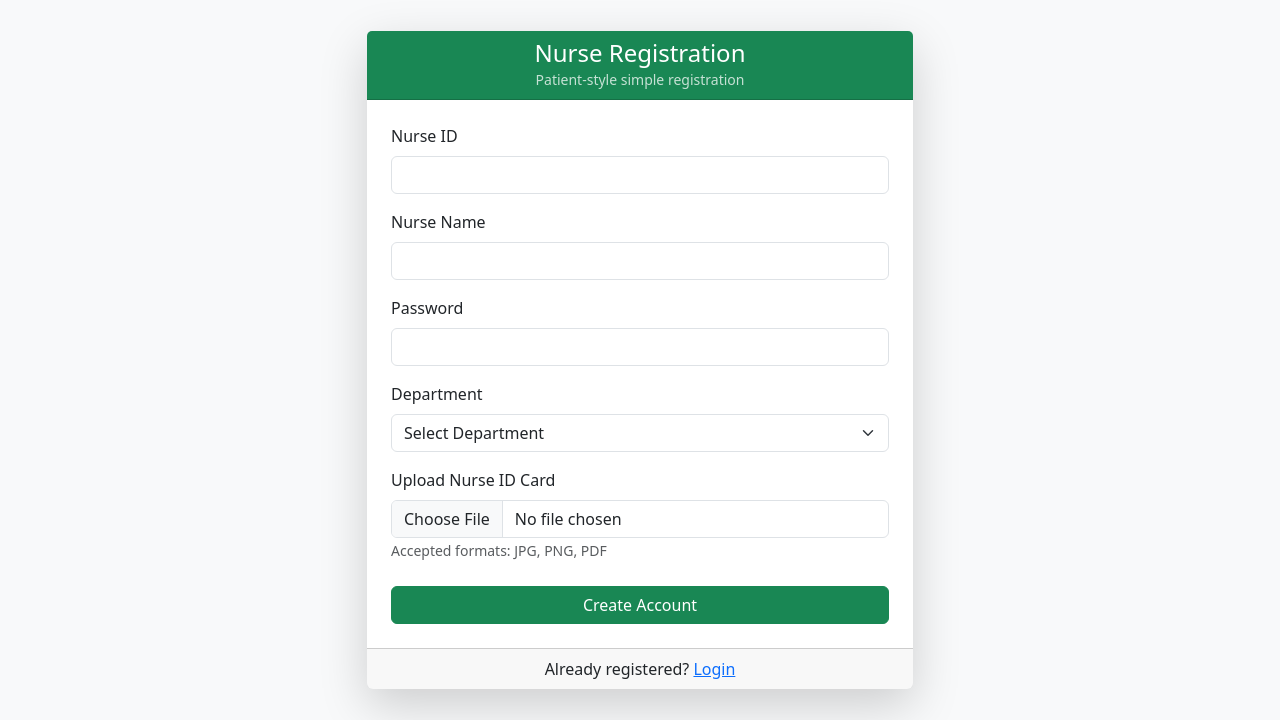
Repository: Rajasekaran0415/LifeCare-Management-System
Page: Project/nursesignup.html
The author's editor kept a copy of each file at every save. The page is drawn from the files as they stood at one save, then again after a run of saves.
The browser window is 1280 px wide. The pictures show the whole page.

Above is the page before, as saved 2025-12-26 21:47:26.

After the next 2 saves:
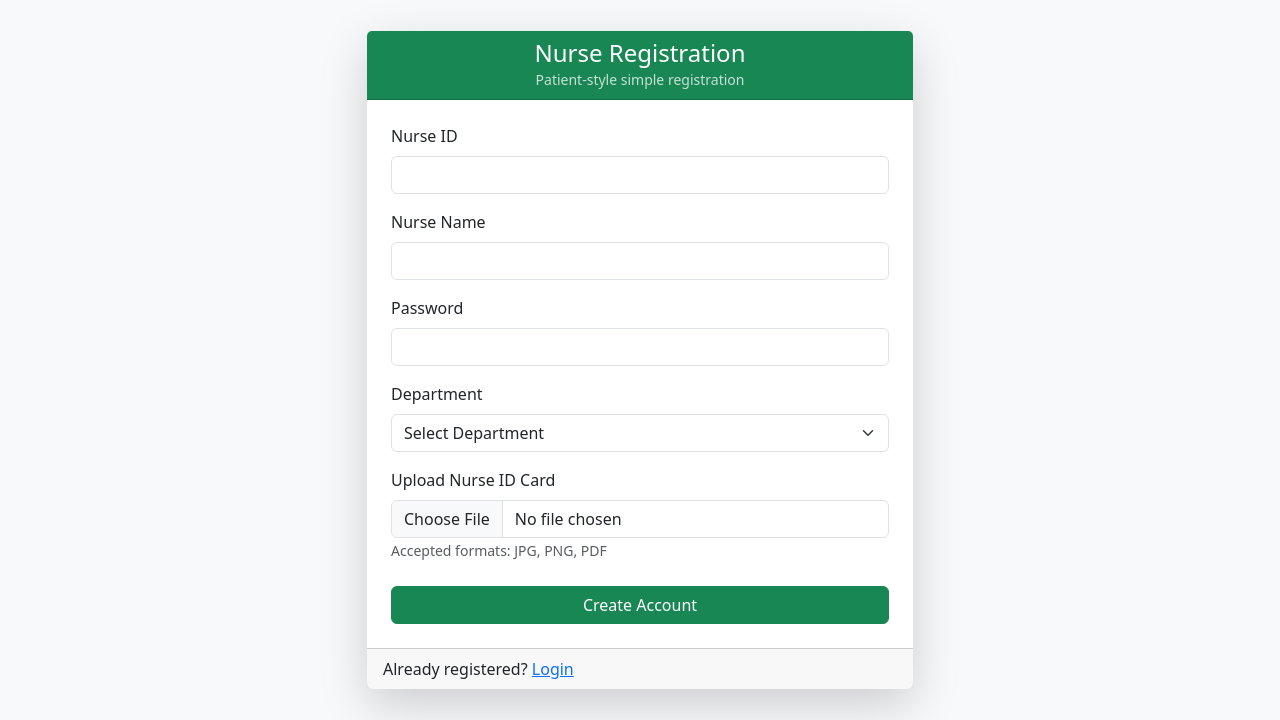
The 2 saves are shown as one change because they came seconds apart.
The last was saved 11 s later.
--- a/Project/nursesignup.html
+++ b/Project/nursesignup.html
@@ -73,7 +73,7 @@
 
           </div>
 
-          <div class="card-footer text-center">
+          <div class="card-footer text-center-light">
             Already registered?
             <a href="nurselogin.html" class="text-primary">Login</a>
           </div>
